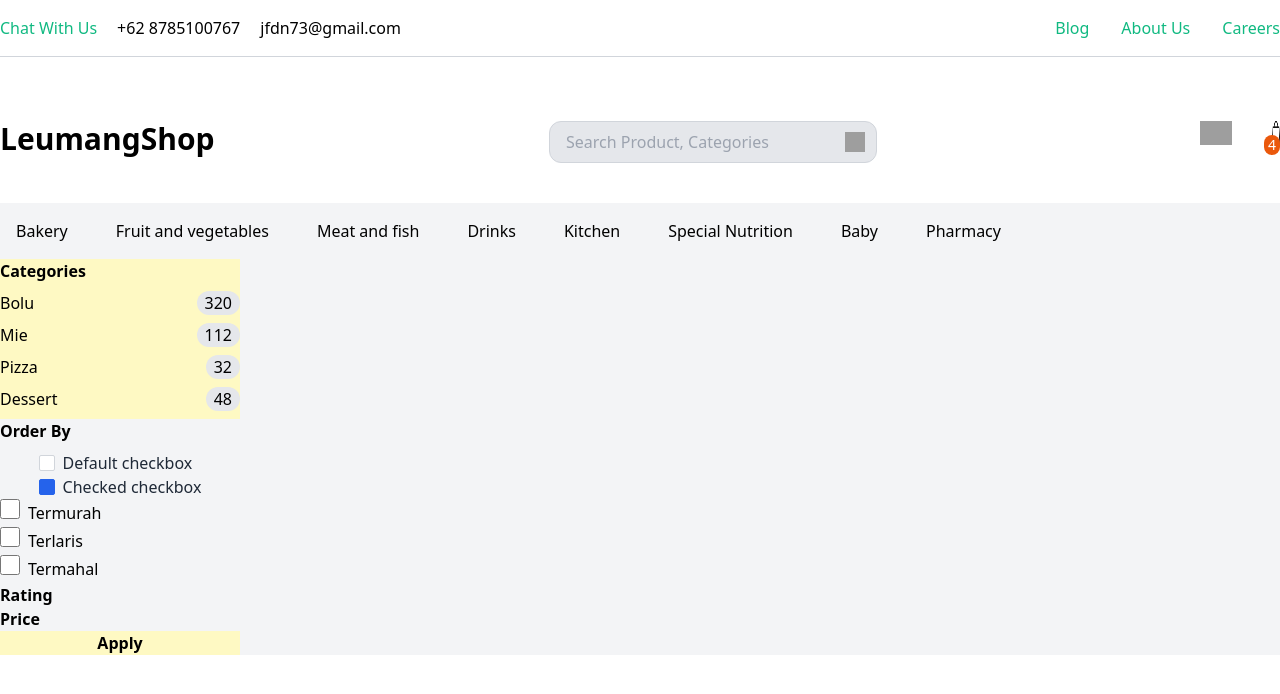
Repository: jafetdn73/ecommerce-tailwind
Page: /
The author's editor kept a copy of each file at every save. The page is drawn from the files as they stood at one save, then again after the next save.
The browser window is 1280 px wide. The pictures show the whole page.
Pictures or frames that could not be fetched are drawn as grey boxes. The project was rebuilt for these pictures with package versions that can differ from the ones it lists, and the page was loaded fresh each time. Also part of the build but not shown: src/App.css.

Above is the page before, as saved 2022-03-13 23:04:57.

### src/App.js
import "./App.css";

function App() {
  return (
    <div className="bg-white container mx-auto">
      <div className="flex justify-between py-4 border-b border-gray-300">
        <div className="flex gap-5">
          <a href="http://google.com" className="text-emerald-500">
            Chat With Us
          </a>
          <a href="http://facebook.com">+62 8785100767</a>
          <a href="http://ggogl.com">jfdn73@gmail.com</a>
        </div>

        <div className="">
          <ul className="flex gap-8 text-emerald-500">
            <li>Blog</li>
            <li>About Us</li>
            <li>Careers</li>
          </ul>
        </div>
      </div>

      <div className="flex justify-between mt-16">
        <h1 className="text-3xl font-bold">LeumangShop</h1>
        <div className="flex w-full justify-center items-center">
          <input
            type="text"
            placeholder="Search Product, Categories"
            className="w-1/3 border border-gray-300 bg-gray-200 rounded-xl pl-4 py-2"
          />
          <img src="/images/search-icon.png" alt="search" className="w-5 h-5 -ml-8"/>
        </div>
        <div className="flex gap-10">
          <img src="/images/user-icon.png" alt="user" className="w-8 h-6"/>
          <div className="relative">
            <img src="/images/cart-icon.png" alt="icon" className="w-8 h-6"/>
            <label className="absolute bottom-2 -left-2 bg-orange-600 text-white py-0.25 px-1 rounded-full text-sm">4</label>
          </div>
        </div>
      </div>

      <div className="bg-gray-100 mt-10 py-4 pl-4 text-base font-medium">
        <ul className="flex gap-12">
          <li>Bakery</li>
          <li>Fruit and vegetables</li>
          <li>Meat and fish</li>
          <li>Drinks</li>
          <li>Kitchen</li>
          <li>Special Nutrition</li>
          <li>Baby</li>
          <li>Pharmacy</li>
        </ul>
        </div>

      {/* Container Wrapper */}
      <div className="bg-gray-100">
        {/* Side Bar Container */}
        <div className="flex flex-col w-60 bg-yellow-100" >
          {/* Categories Container */}
          <div className="flex flex-col">
            <h1 className="font-bold text-base mb-2">Categories</h1>
            <ul>
              <div className="flex justify-between">
                <li>Bolu</li><label className="mb-2 bg-gray-200 pl-2 pr-2 rounded-xl">320</label>
              </div>
              <div className="flex justify-between">
                <li>Mie</li><label className="mb-2 bg-gray-200 pl-2 pr-2 rounded-xl">112</label>
              </div>
              <div className="flex justify-between">
                <li>Pizza</li><label className="mb-2 bg-gray-200 pl-2 pr-2 rounded-xl">32</label>
              </div>
              <div className="flex justify-between">
                <li>Dessert</li><label className="mb-2 bg-gray-200 pl-2 pr-2 rounded-xl">48</label>
              </div>
            </ul>
          </div>
          {/* Order By Categories */}
          <div className="form-check bg-gray-100 flex flex-col">
            <h1 className="font-bold mb-2">Order By</h1>

            <div class="flex justify-center">
  <div>
    <div class="form-check">
      <input class="form-check-input appearance-none h-4 w-4 border border-gray-300 rounded-sm bg-white checked:bg-blue-600 checked:border-blue-600 focus:outline-none transition duration-200 mt-1 align-top bg-no-repeat bg-center bg-contain float-left mr-2 cursor-pointer" type="checkbox" value="" id="flexCheckDefault"></input>
      <label class="form-check-label inline-block text-gray-800" for="flexCheckDefault">
        Default checkbox
      </label>
    </div>
    <div class="form-check">
      <input class="form-check-input appearance-none h-4 w-4 border border-gray-300 rounded-sm bg-white checked:bg-blue-600 checked:border-blue-600 focus:outline-none transition duration-200 mt-1 align-top bg-no-repeat bg-center bg-contain float-left mr-2 cursor-pointer" type="checkbox" value="" id="flexCheckChecked" checked></input>
      <label class="form-check-label inline-block text-gray-800" for="flexCheckChecked">
        Checked checkbox
      </label>
    </div>
  </div>
</div>

           <div>
             <input type="checkbox" className="form-check-input checked:bg-lime-600 w-5 h-5 mr-2 mb-2">
               </input>
               <label >Termurah</label>
          </div>
          <div>
            <input type="checkbox"  className="bg-lime-600 w-5 h-5 mr-2 mb-2"></input><label>Terlaris</label>
          </div>
          <div>
            <input type="checkbox"  className="bg-lime-600 w-5 h-5 mr-2 mb-2"></input><label>Termahal</label>
          </div>
          </div>
          {/* Rating Container */}
          <div className="bg-gray-100">
          <h1 className="font-bold">Rating</h1>
          </div>
          {/* Price Container */}
          <div className="bg-gray-100">
          <h1 className="font-bold">Price</h1>
          </div>
          <button className="font-bold">Apply</button>
        </div>
        <div className="bg-gray-100">
          <div className="bg-yellow-100">
          </div>
        </div>
      </div>



    </div>
  );
}

export default App;

Loaded but not shown: public/index.html (common file); src/index.js (common file); src/index.css (common file); src/reportWebVitals.js (common file); tailwind.config.js (common file)

After the next save:
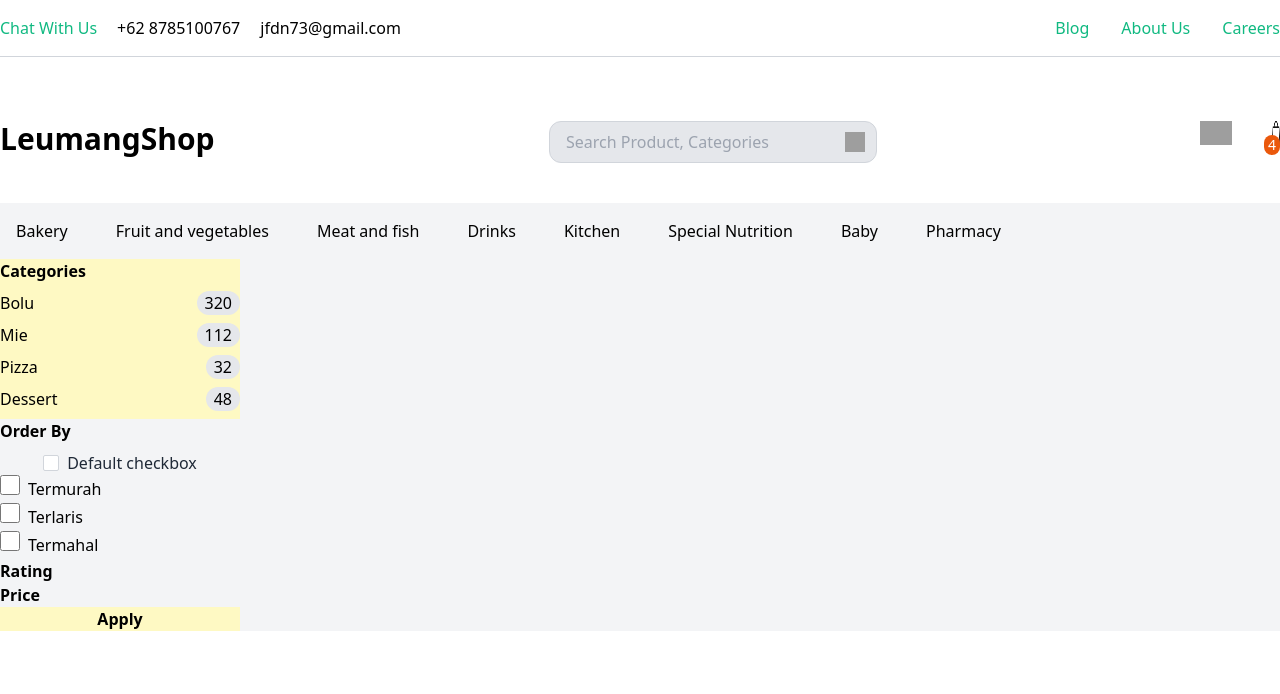
Saved 45 s later.
--- a/src/App.js
+++ b/src/App.js
@@ -82,15 +82,9 @@ function App() {
             <div class="flex justify-center">
   <div>
     <div class="form-check">
-      <input class="form-check-input appearance-none h-4 w-4 border border-gray-300 rounded-sm bg-white checked:bg-blue-600 checked:border-blue-600 focus:outline-none transition duration-200 mt-1 align-top bg-no-repeat bg-center bg-contain float-left mr-2 cursor-pointer" type="checkbox" value="" id="flexCheckDefault"></input>
+      <input class="form-check-input appearance-none h-4 w-4 border border-gray-300 rounded-sm bg-white checked:bg-lime-600 checked:border-blue-600 focus:outline-none transition duration-200 mt-1 align-top bg-no-repeat bg-center bg-contain float-left mr-2 cursor-pointer" type="checkbox" value="" id="flexCheckDefault"></input>
       <label class="form-check-label inline-block text-gray-800" for="flexCheckDefault">
         Default checkbox
-      </label>
-    </div>
-    <div class="form-check">
-      <input class="form-check-input appearance-none h-4 w-4 border border-gray-300 rounded-sm bg-white checked:bg-blue-600 checked:border-blue-600 focus:outline-none transition duration-200 mt-1 align-top bg-no-repeat bg-center bg-contain float-left mr-2 cursor-pointer" type="checkbox" value="" id="flexCheckChecked" checked></input>
-      <label class="form-check-label inline-block text-gray-800" for="flexCheckChecked">
-        Checked checkbox
       </label>
     </div>
   </div>
